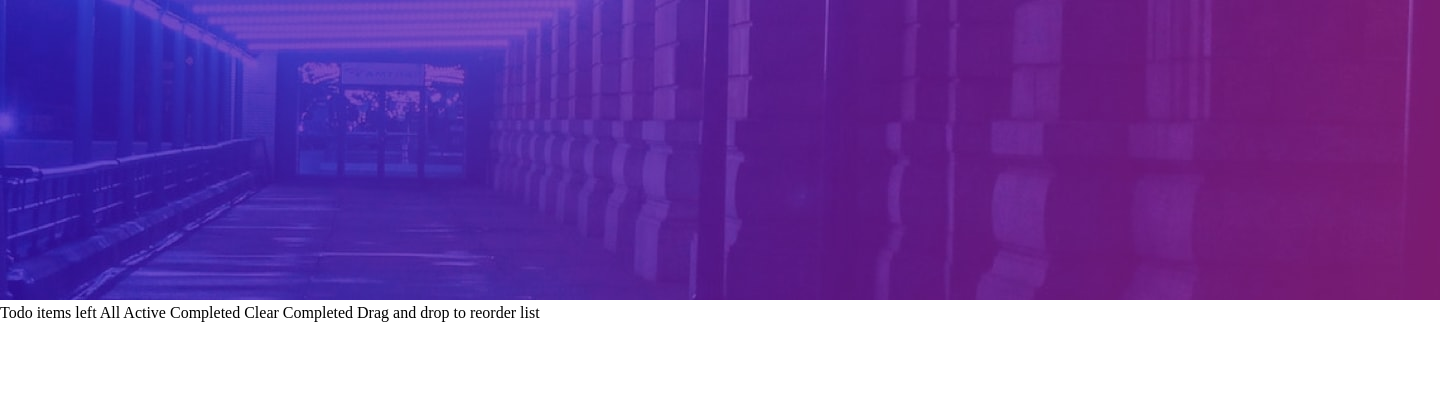
Repository: Arkitecth/todo-list
Page: index.html
The author's editor kept a copy of each file at every save. The page is drawn from the files as they stood at one save, then again after the next save.
The browser window is 1280 px wide. The page is 1440 px wide, so the pictures cover 1440 px, including what lies to the right of the window. The pictures show the whole page.

Above is the page before, as saved 2023-06-19 16:20:15.

### index.html
<!DOCTYPE html>
<html lang="en">
<head>
  <meta charset="UTF-8">
  <meta name="viewport" content="width=device-width, initial-scale=1.0"> <!-- displays site properly based on user's device -->
  <link rel="icon" type="image/png" sizes="32x32" href="./images/favicon-32x32.png">
  <link rel="stylesheet" href="styles.css">

  <title>Frontend Mentor | Todo app</title>

  </style>
</head>
<body>

  <img src="images/bg-desktop-dark.jpg" alt="bg-desktop-dark">
  Todo

  <!-- Add dynamic number --> items left

  All
  Active
  Completed

  Clear Completed

  Drag and drop to reorder list
</body>
</html>

### styles.css
* {
    margin: 0;
}

After the next save:
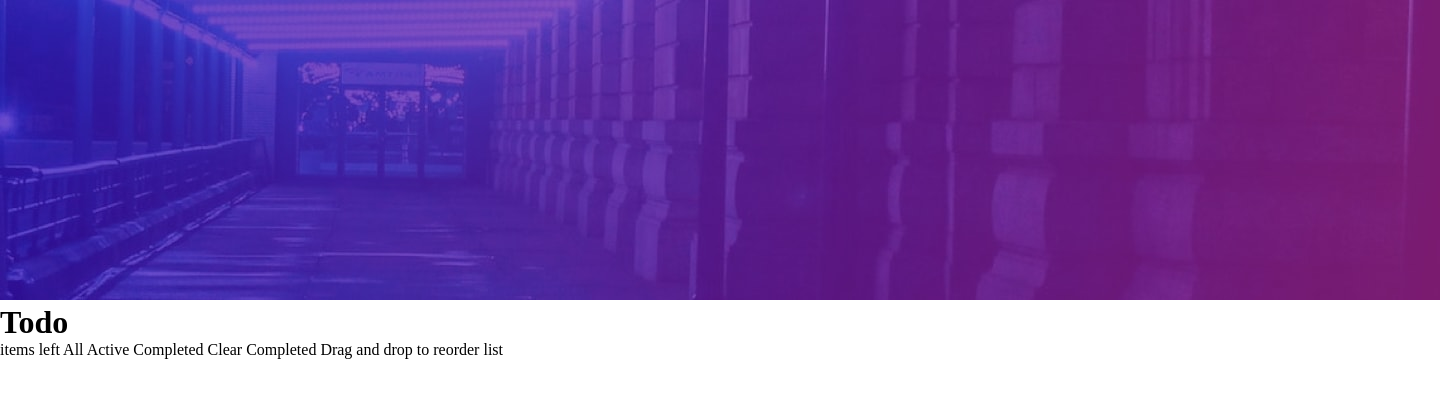
Saved 29 s later.
--- a/index.html
+++ b/index.html
@@ -3,7 +3,6 @@
 <head>
   <meta charset="UTF-8">
   <meta name="viewport" content="width=device-width, initial-scale=1.0"> <!-- displays site properly based on user's device -->
-  <link rel="icon" type="image/png" sizes="32x32" href="./images/favicon-32x32.png">
   <link rel="stylesheet" href="styles.css">
 
   <title>Frontend Mentor | Todo app</title>
@@ -13,7 +12,7 @@
 <body>
 
   <img src="images/bg-desktop-dark.jpg" alt="bg-desktop-dark">
-  Todo
+  <h1>Todo  </h1>
 
   <!-- Add dynamic number --> items left
 
